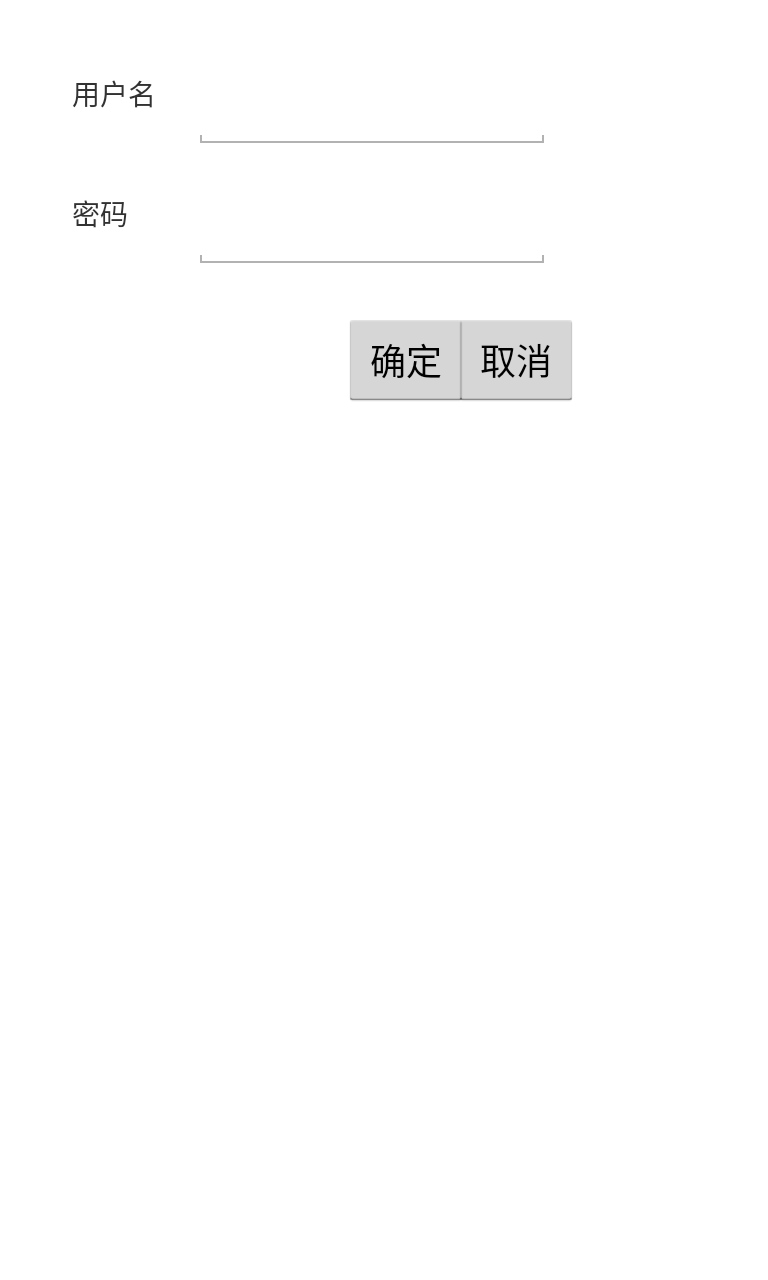
Repository: ShigerD/AndroidSample
Layout: Sample/Sample3/Sample3_5/Sample3_5/res/layout/activity_main.xml
An editor plug-in stored every save of this project. The layout is shown before and after the next save, followed by the edit.
It is drawn on a 768 x 1280 px phone screen (xhdpi) without system bars, with theme AppTheme; the app's code is not run.

Above is the layout before, as saved 2016-08-17 05:10:46.

After the next save:
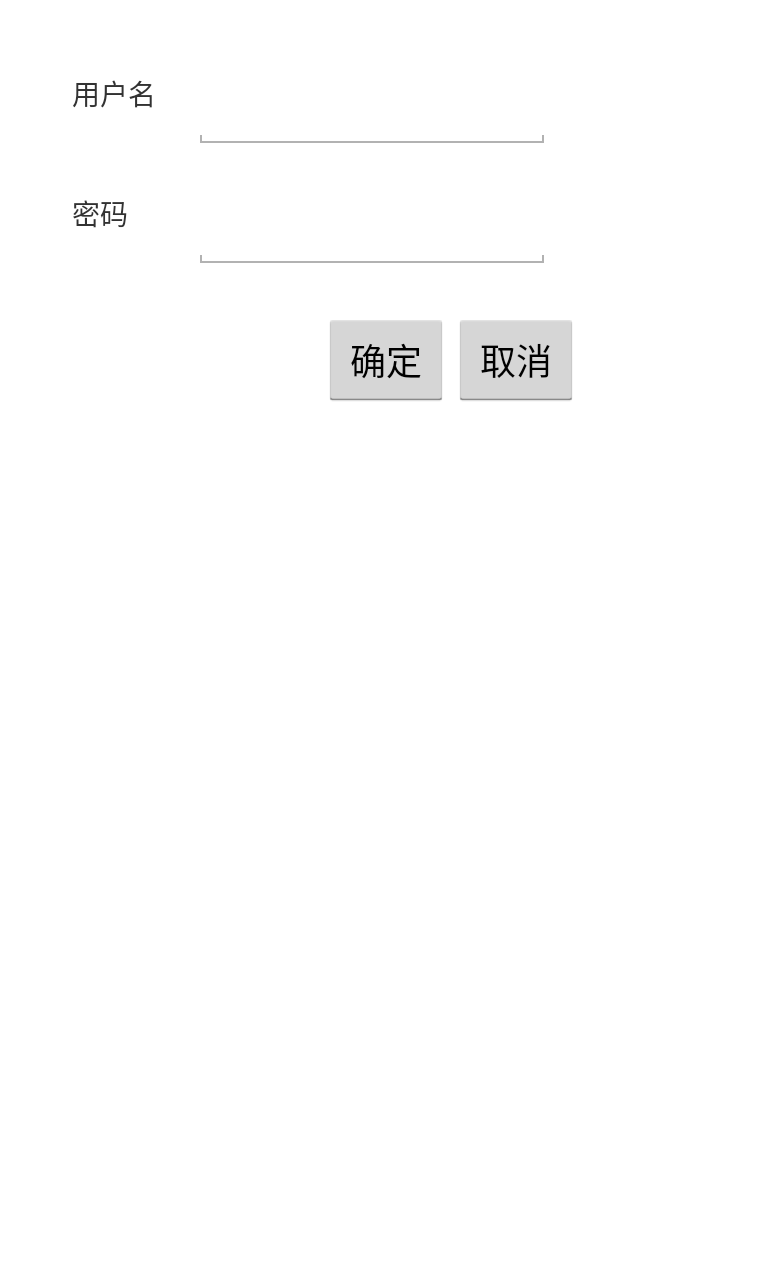
Saved 21 s later.
--- a/Sample/Sample3/Sample3_5/Sample3_5/res/layout/activity_main.xml
+++ b/Sample/Sample3/Sample3_5/Sample3_5/res/layout/activity_main.xml
@@ -38,7 +38,7 @@
            android:id="@+id/button1"
            android:layout_width="wrap_content"
            android:layout_height="wrap_content"
-           android:layout_x="155dp"
+           android:layout_x="145dp"
            android:layout_y="140dp"
            android:text="@string/ok"/>
 
